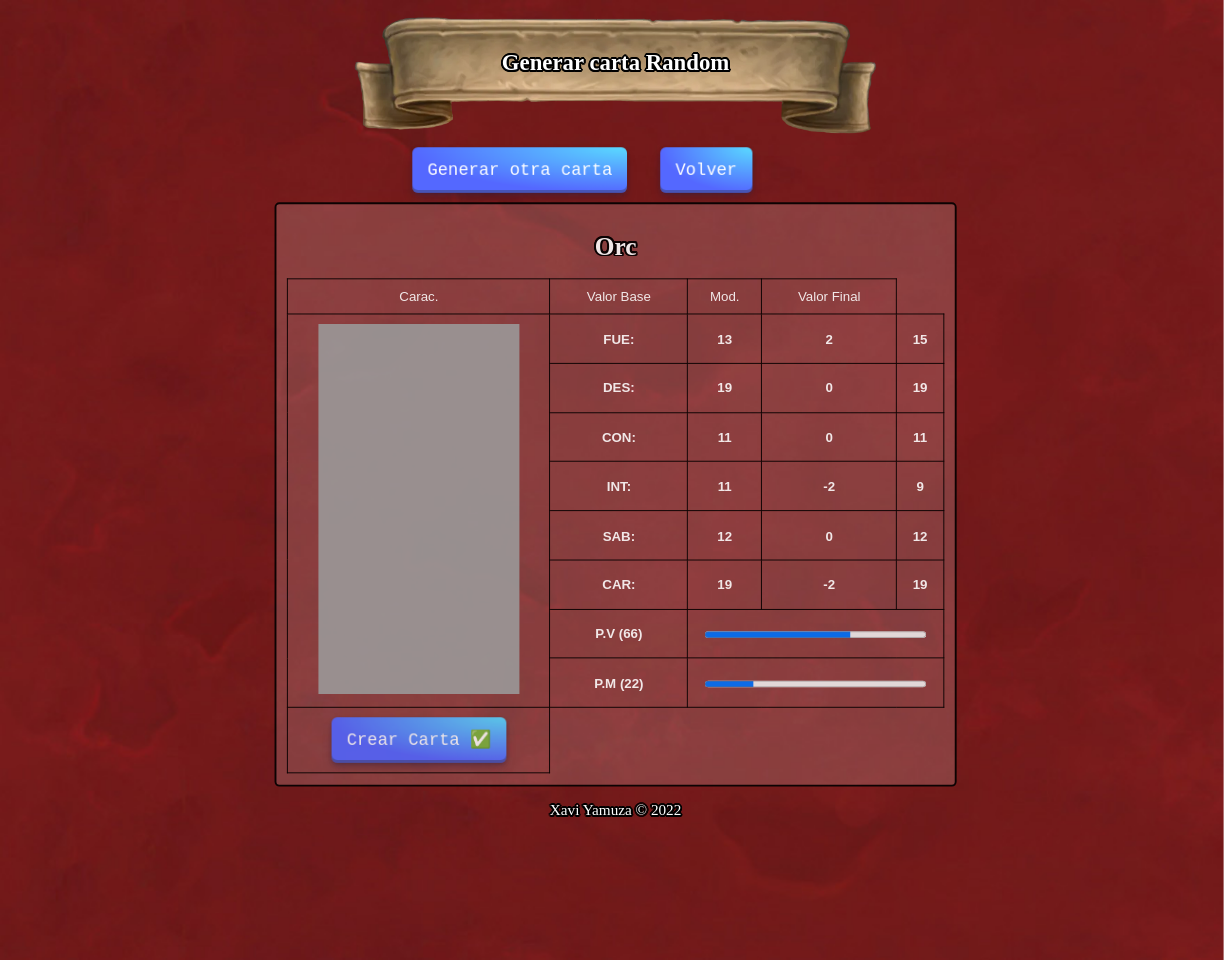
Repository: azumay/Juego-Cartas-RPG
Page: http://localhost/Prueba/RandomCard.jsp
The author's editor kept a copy of each file at every save. The page is drawn from the files as they stood at one save, then again after the next save.
The browser window is 1280 px wide. The page is 1288 px wide, so the pictures cover 1288 px, including what lies to the right of the window. The pictures show the whole page, at 95% of full size.
Pictures or frames that could not be fetched are drawn as grey boxes. The page is served by Tomcat 9.

Above is the page before, as saved 2022-02-19 17:24:51.

### Prueba/src/main/webapp/RandomCard.jsp
<%@ page import="java.util.Arrays,java.util.List"%>
<%@ page language="java" contentType="text/html; charset=UTF-8"
	pageEncoding="UTF-8"%>

<!DOCTYPE html>
<html>
<head>
<meta charset="UTF-8">
<link rel="icon" type="image/x-icon" href="img/orco.ico">
<title>Random Card - Yamuza Game</title>
<link rel="stylesheet" href="Estilos/estilosCartaRandom.css">
<link rel="stylesheet" href="Estilos/estilosAddCard.css">
</head>
<body>
	<%!public class personajes {

		int caracFue;
		int caracDes;
		int caracCon;
		int caracInt;
		int caracSab;
		int caracCAR;

		int caracFueMod;
		int caracDesMod;
		int caracConMod;
		int caracIntMod;
		int caracSabMod;
		int caracCARMod;

		int pVida;
		int pMana;
		int modPositivo;
		int modNegativo;
		String img;
		int modificador;
		String nombre;

		// Personajes: Elfs", "Nans", "Gnom", "Mitjans", "Semi-Orc", "humans
		String charElfs;
		String charNans;
		String charGnom;
		String charMitjans;
		String charSemiOrc;
		String charHumans;

		public personajes(int num) {

			this.caracCAR = this.tirarDados6();
			this.caracCon = this.tirarDados6();
			this.caracDes = this.tirarDados6();
			this.caracFue = this.tirarDados6();
			this.caracInt = this.tirarDados6();
			this.caracSab = this.tirarDados6();

			switch (num) {
			case 1:
				this.setCharElf();
				break;
			case 2:
				this.setCharNans();
				break;
			case 3:
				this.setCharGnom();
				break;
			case 4:
				this.setCharMitjans();
				break;
			case 5:
				this.setCharSemiOrc();
				break;
			case 6:
				this.setCharHumans();
				break;
			}
		}

		public int tirarDados6() {
			int valor = 0;

			int[] dados = { 0, 0, 0, 0 };

			for (int i = 0; i < 4; i++) {
				dados[i] = (int) (Math.random() * 6 + 1);

			}
			;

			Arrays.sort(dados);

			for (int i = 0; i < dados.length; i++) {
				valor += dados[i];
			}

			return valor;

		}

		public String getElf() {
			return charElfs;
		}

		public String getCharNans() {
			return charNans;
		}

		public String getCharGnom() {
			return charGnom;
		}

		public String getCharMitjans() {
			return charMitjans;
		}

		public String getCharSemiOrc() {
			return charSemiOrc;
		}

		public String getCharHumans() {
			return charHumans;
		}

		public void setCharElf() {

			this.caracCARMod = this.caracCAR;
			this.caracConMod = this.caracCon - 2;
			this.caracDesMod = this.caracDes + 2;
			this.caracFueMod = this.caracFue;
			this.caracIntMod = this.caracInt + 2;
			this.caracSabMod = this.caracSab;

			this.pVida = this.caracCon * (int) (Math.random() * 8 + 1);
			this.pMana = (this.caracInt + this.caracSab) / 2 * (int) (Math.random() * 4 + 1);
			this.img = "img/0.png";
			this.modPositivo = +2;
			this.modNegativo = -2;
			this.modificador = 0;
			this.nombre = "Elf";

		}

		public void setCharNans() {

			this.caracFueMod = this.caracFue - 2;
			this.caracDesMod = this.caracDes + 2;
			this.caracConMod = this.caracCon;
			this.caracIntMod = this.caracInt;
			this.caracSabMod = this.caracSab;
			this.caracCARMod = this.caracCARMod + 2;

			this.pVida = this.caracCon * (int) (Math.random() * 8 + 1);
			this.pMana = (this.caracInt + this.caracSab) / 2 * (int) (Math.random() * 4 + 1);
			this.img = "img/1.png";
			this.nombre = "Nans";
		}

		public void setCharGnom() {

			this.caracCARMod = this.caracCAR + 2;
			this.caracConMod = this.caracCon + 2;
			this.caracDesMod = this.caracDes;
			this.caracFueMod = this.caracFue - 2;
			this.caracIntMod = this.caracInt;
			this.caracSabMod = this.caracSab;
			this.pVida = this.caracCon * (int) (Math.random() * 8 + 1);
			this.pMana = (this.caracInt + this.caracSab) / 2 * (int) (Math.random() * 4 + 1);
			this.img = "img/2.png";
			this.nombre = "Gnom";
		}

		public void setCharMitjans() {
			this.caracCARMod = this.caracCAR;
			this.caracConMod = this.caracCon;
			this.caracDesMod = this.caracDes + 2;
			this.caracFueMod = this.caracFue - 2;
			this.caracIntMod = this.caracInt;
			this.caracSabMod = this.caracSab;
			this.pVida = this.caracCon * (int) (Math.random() * 8 + 1);
			this.pMana = (this.caracInt + this.caracSab) / 2 * (int) (Math.random() * 4 + 1);
			this.img = "img/3.png";
			this.nombre = "Mitjan";
		}

		public void setCharSemiOrc() {
			this.caracCARMod = this.caracCAR - 2;
			this.caracConMod = this.caracCon;
			this.caracDesMod = this.caracDes;
			this.caracFueMod = this.caracFue + 2;
			this.caracIntMod = this.caracInt - 2;
			this.caracSabMod = this.caracSab;
			this.pVida = this.caracCon * (int) (Math.random() * 8 + 1);
			this.pMana = (this.caracInt + this.caracSab) / 2 * (int) (Math.random() * 4 + 1);
			this.img = "img/4.png";
			this.nombre = "Orc";
		}

		public void setCharHumans() {
			this.caracCARMod = this.caracCAR;
			this.caracConMod = this.tirarDados6();
			this.caracDesMod = this.tirarDados6();
			this.caracFueMod = this.tirarDados6();
			this.caracIntMod = this.tirarDados6();
			this.caracSabMod = this.tirarDados6();
			this.pVida = this.caracCon * (int) (Math.random() * 8 + 1);
			this.pMana = (this.caracInt + this.caracSab) / 2 * (int) (Math.random() * 4 + 1);
			this.img = "img/5.png";
			this.nombre = "Huma";

		}

	}

	public int getDice6() {
		return (int) (Math.random() * 6 + 1);
	}%>



	<%
	personajes playerOne = new personajes(getDice6());
	%>
	<div class="titulo-cabecera">
		<h2>Generar carta Random</h2>
		<img src="img/titulo-img.png">

	</div>

	<div class="botones-control">
		<a href='RandomCard.jsp'>
			<button class="button-29" role="button">Generar otra carta</button>
		</a> <a href='index.jsp'>
			<button class="button-29" role="button">Volver</button>
		</a>
	</div>

	<form action="insert_bd.jsp" method="post">
		<div class="fondo-form">
		<h1><%=playerOne.nombre%></h1>
			<table class="tg" style="width: 100%; height:10%; opacity:1;">




				<tbody>
				<tr>

						<th>Carac.</th>
						<th>Valor Base</th>
						<th>Mod.</th>
						<th>Valor Final</th>

					</tr>

					<tr>
						<td rowspan="8" style="width: 40%;">
						<img src="<%=playerOne.img%>" style="width: 80%; height: 390px;"></td>
						<td>FUE:</td>
						<td><%=playerOne.caracFue%></td>
						<td><%=playerOne.caracFueMod - playerOne.caracFue%></td>
						<td><%=playerOne.caracFueMod%></td>

					</tr>
					<tr>
						<td>DES:</td>
						<td><%=playerOne.caracDes%></td>
						<td><%=playerOne.caracDesMod - playerOne.caracDes%></td>
						<td><%=playerOne.caracDesMod%></td>

					</tr>
					<tr>
						<td>CON:</td>
						<td><%=playerOne.caracCon%></td>
						<td><%=playerOne.caracConMod - playerOne.caracCon%></td>
						<td><%=playerOne.caracConMod%></td>
					</tr>
					<tr>
						<td>INT:</td>
						<td><%=playerOne.caracInt%></td>
						<td><%=playerOne.caracIntMod - playerOne.caracInt%></td>
						<td><%=playerOne.caracIntMod%></td>
					</tr>
					<tr>
						<td>SAB:</td>
						<td><%=playerOne.caracSab%></td>
						<td><%=playerOne.caracSabMod - playerOne.caracSab%></td>
						<td><%=playerOne.caracSabMod%></td>
					</tr>
					<tr>
						<td>CAR:</td>
						<td><%=playerOne.caracCAR%></td>
						<td><%=playerOne.caracCARMod - playerOne.caracCAR%></td>
						<td><%=playerOne.caracCAR%></td>
					</tr>
					<tr>
						<td>P.V (<%=playerOne.pVida%>)
						</td>
						<td colspan="3"><progress id="file" max="100"
								value="<%=playerOne.pVida%>"></td>

					</tr>
					<tr>

						<td>P.M (<%=playerOne.pMana%>)
						</td>
						<td colspan="3"><progress id="file" max="100"
								value="<%=playerOne.pMana%>"></td>
					</tr>

					<td><input type="submit" name="submitRegistro"
					value="Crear Carta ✅" class="button-29"></td>

			</table>
		</div>
	</form>




	<footer>
		<div class="contenedor">
			<p class="copy">Xavi Yamuza &copy; 2022</p>
		</div>
	</footer>



</body>
</html>

### Prueba/src/main/webapp/Estilos/estilosCartaRandom.css
@charset "UTF-8";

body {
	background-image: url("../img/fondo-creacion-cartas.jpg");
	background-size: cover;
	display: flex;
	-moz-box-pack: start;
	justify-content: flex-start;
	flex-direction: column;
	-moz-box-align: center;
	align-items: center;
	position: relative;
	padding-bottom: 125px;
	width: 100%;
	overflow: hidden;
}

.demo {
	border: 1px solid #C0C0C0;
	border-collapse: collapse;
	padding: 5px;
	background-color: white;
}

.demo th {
	border: 1px solid #C0C0C0;
	padding: 25px;
	background: #F0F0F0;
}

.demo td {
	border: 1px solid #C0C0C0;
	padding: 5px;
	padding: 25px;
}

a {
	margin-right: 30px;
}
.botones-control{
	margin: 0px 40px 10px 0px;
}
.copy{
	color: rgb(255, 255, 255);
	text-shadow: rgb(0, 0, 0) 2px 0px 0px, rgb(0, 0, 0) 1.75517px 0.95885px
		0px, rgb(0, 0, 0) 1.0806px 1.68294px 0px, rgb(0, 0, 0) 0.14147px
		1.99499px 0px, rgb(0, 0, 0) -0.83229px 1.81859px 0px, rgb(0, 0, 0)
		-1.60229px 1.19694px 0px, rgb(0, 0, 0) -1.97998px 0.28224px 0px,
		rgb(0, 0, 0) -1.87291px -0.70157px 0px, rgb(0, 0, 0) -1.30729px
		-1.5136px 0px, rgb(0, 0, 0) -0.42159px -1.95506px 0px, rgb(0, 0, 0)
		0.56732px -1.91785px 0px, rgb(0, 0, 0) 1.41734px -1.41108px 0px,
		rgb(0, 0, 0) 1.92034px -0.55883px 0px;
}
.titulo-cabecera h2 {
	color: rgb(255, 255, 255);
	text-shadow: rgb(0, 0, 0) 2px 0px 0px, rgb(0, 0, 0) 1.75517px 0.95885px
		0px, rgb(0, 0, 0) 1.0806px 1.68294px 0px, rgb(0, 0, 0) 0.14147px
		1.99499px 0px, rgb(0, 0, 0) -0.83229px 1.81859px 0px, rgb(0, 0, 0)
		-1.60229px 1.19694px 0px, rgb(0, 0, 0) -1.97998px 0.28224px 0px,
		rgb(0, 0, 0) -1.87291px -0.70157px 0px, rgb(0, 0, 0) -1.30729px
		-1.5136px 0px, rgb(0, 0, 0) -0.42159px -1.95506px 0px, rgb(0, 0, 0)
		0.56732px -1.91785px 0px, rgb(0, 0, 0) 1.41734px -1.41108px 0px,
		rgb(0, 0, 0) 1.92034px -0.55883px 0px;
	position: relative;
	z-index: 1;
	width: 100%;
	margin-top: 35px;
}

.titulo-cabecera {
	margin: 10px 0 55px;
    width: 550px;
    position: relative;
    text-align: center;
    display: flex;
    -moz-box-pack: center;
    justify-content: center;
    -moz-box-align: center;
    align-items: center;
    z-index: 1;
}

.titulo-cabecera img {
	position: absolute;
	top: 0px;
	left: 0px;
	width: 100%;
	max-width: 100%;
}
/* CSS BOTONES */

a:link, a:visited, a:active {
    text-decoration:none;
}
.button-29 {
	align-items: center;
	appearance: none;
	background-image: radial-gradient(100% 100% at 100% 0, #5adaff 0, #5468ff 100%);
	border: 0;
	border-radius: 6px;
	box-shadow: rgba(45, 35, 66, .4) 0 2px 4px, rgba(45, 35, 66, .3) 0 7px
		13px -3px, rgba(58, 65, 111, .5) 0 -3px 0 inset;
	box-sizing: border-box;
	color: #fff;
	cursor: pointer;
	display: inline-flex;
	font-family: "JetBrains Mono", monospace;
	height: 48px;
	justify-content: center;
	line-height: 1;
	list-style: none;
	overflow: hidden;
	padding-left: 16px;
	padding-right: 16px;
	position: relative;
	text-align: left;
	text-decoration: none;
	transition: box-shadow .15s, transform .15s;
	user-select: none;
	-webkit-user-select: none;
	touch-action: manipulation;
	white-space: nowrap;
	will-change: box-shadow, transform;
	font-size: 18px;
}

.button-29:focus {
	box-shadow: #3c4fe0 0 0 0 1.5px inset, rgba(45, 35, 66, .4) 0 2px 4px,
		rgba(45, 35, 66, .3) 0 7px 13px -3px, #3c4fe0 0 -3px 0 inset;
}

.button-29:hover {
	box-shadow: rgba(45, 35, 66, .4) 0 4px 8px, rgba(45, 35, 66, .3) 0 7px
		13px -3px, #3c4fe0 0 -3px 0 inset;
	transform: translateY(-2px);
}

.button-29:active {
	box-shadow: #3c4fe0 0 3px 7px inset;
	transform: translateY(2px);
}

### Prueba/src/main/webapp/Estilos/estilosAddCard.css
.fondo-form {
	width: 60%;
	margin: 0 auto;
	background-color: #ffffff2e;
	padding: 1%;
	opacity: 0.9;
	border-collapse: separate;
	border-spacing: 10;
	border: solid black 2px;
	border-radius: 10px;
	-moz-border-radius: 10px;
	-webkit-border-radius: 5px;
	color: white;
	font-weight: bold;
	text-align: center;

}
progress{
	width: 90%;
}

body {
	background-image: url("../img/fondo-creacion-cartas.jpg");
	background-size: cover;
	display: flex;
	-moz-box-pack: start;
	justify-content: flex-start;
	flex-direction: column;
	-moz-box-align: center;
	align-items: center;
	position: relative;
	padding-bottom: 125px;
	width: 100%;
	overflow: hidden;
}

form {
	width: 90%;
}

h1 {
	font-size: 20pt;
	color: rgb(255, 255, 255);
	text-shadow: rgb(0, 0, 0) 2px 0px 0px, rgb(0, 0, 0) 1.75517px 0.95885px
		0px, rgb(0, 0, 0) 1.0806px 1.68294px 0px, rgb(0, 0, 0) 0.14147px
		1.99499px 0px, rgb(0, 0, 0) -0.83229px 1.81859px 0px, rgb(0, 0, 0)
		-1.60229px 1.19694px 0px, rgb(0, 0, 0) -1.97998px 0.28224px 0px,
		rgb(0, 0, 0) -1.87291px -0.70157px 0px, rgb(0, 0, 0) -1.30729px
		-1.5136px 0px, rgb(0, 0, 0) -0.42159px -1.95506px 0px, rgb(0, 0, 0)
		0.56732px -1.91785px 0px, rgb(0, 0, 0) 1.41734px -1.41108px 0px,
		rgb(0, 0, 0) 1.92034px -0.55883px 0px;
}

.tg {
	border-collapse: collapse;
	border-spacing: 0;
}

.tg td {
	border-color: black;
	border-style: solid;
	border-width: 1px;
	font-family: Arial, sans-serif;
	font-size: 14px;
	overflow: hidden;
	padding: 10px 5px;
	word-break: normal;
}

.tg th {
	border-color: black;
	border-style: solid;
	border-width: 1px;
	font-family: Arial, sans-serif;
	font-size: 14px;
	font-weight: normal;
	overflow: hidden;
	padding: 10px 5px;
	word-break: normal;
}

.tg .tg-da2z {
	border-color: inherit;
	font-family: "Courier New", Courier, monospace !important;
	font-weight: bold;
	text-align: left;
	vertical-align: top
}

.tg .tg-0pky {
	border-color: inherit;
	text-align: left;
	vertical-align: top
}

.tg .tg-zh46 {
	border-color: inherit;
	font-family: "Courier New", Courier, monospace !important;
	text-align: left;
	vertical-align: top
}

/* CSS BOTONES */
a:link, a:visited, a:active {
	text-decoration: none;
}
/* CSS */
.button-62 {
	background: linear-gradient(to bottom right, #EF4765, #FF9A5A);
	border: 0;
	border-radius: 12px;
	color: #FFFFFF;
	cursor: pointer;
	display: inline-block;
	font-family: -apple-system, system-ui, "Segoe UI", Roboto, Helvetica,
		Arial, sans-serif;
	font-size: 16px;
	font-weight: 500;
	line-height: 2.5;
	outline: transparent;
	padding: 0 1rem;
	text-align: center;
	text-decoration: none;
	transition: box-shadow .2s ease-in-out;
	user-select: none;
	-webkit-user-select: none;
	touch-action: manipulation;
	white-space: nowrap;
}

.button-62:not([disabled]):focus {
	box-shadow: 0 0 .25rem rgba(0, 0, 0, 0.5), -.125rem -.125rem 1rem
		rgba(239, 71, 101, 0.5), .125rem .125rem 1rem rgba(255, 154, 90, 0.5);
}

.button-62:not([disabled]):hover {
	box-shadow: 0 0 .25rem rgba(0, 0, 0, 0.5), -.125rem -.125rem 1rem
		rgba(239, 71, 101, 0.5), .125rem .125rem 1rem rgba(255, 154, 90, 0.5);
}

After the next save:
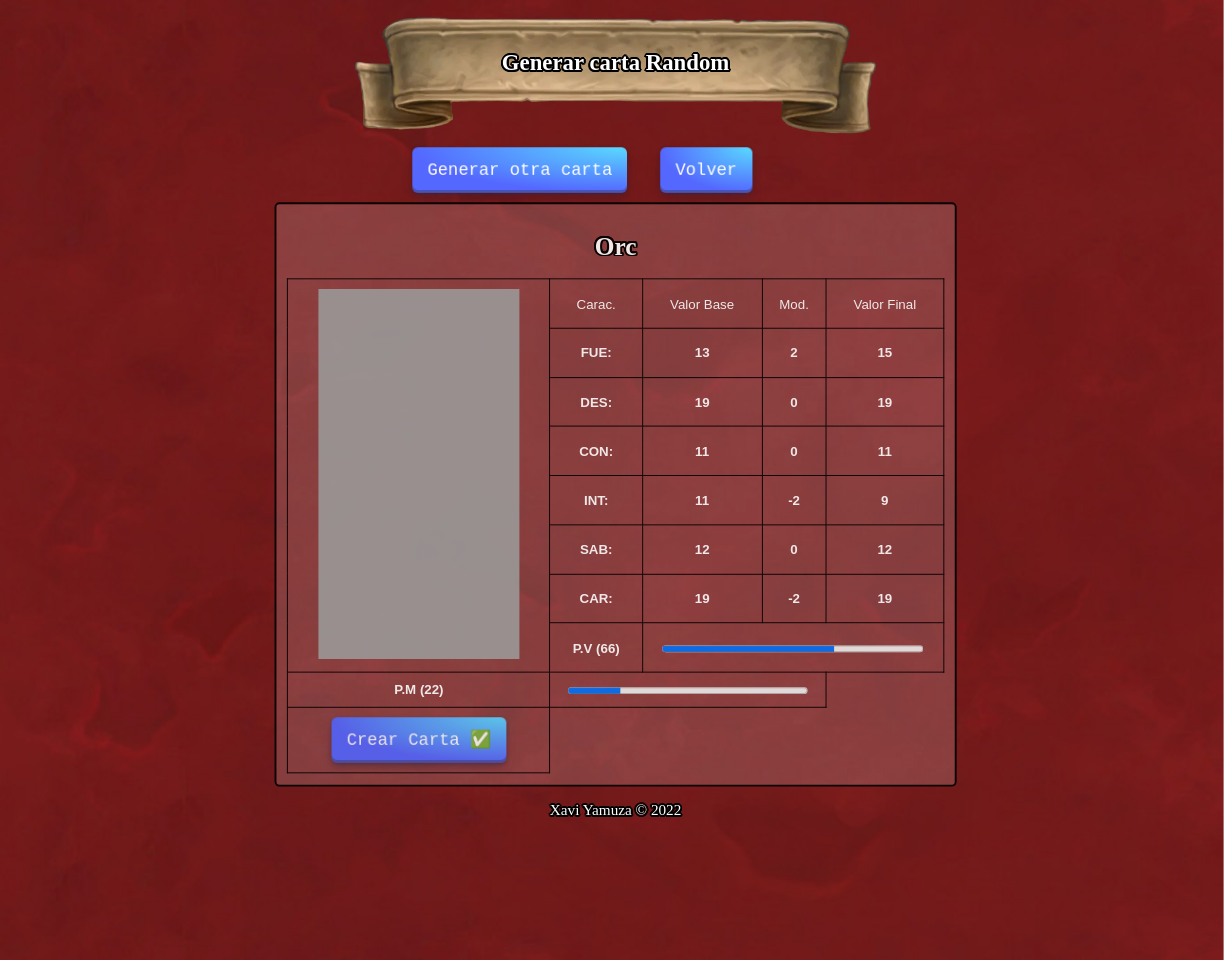
Saved 2 min 12 s later.
--- a/Prueba/src/main/webapp/RandomCard.jsp
+++ b/Prueba/src/main/webapp/RandomCard.jsp
@@ -243,7 +243,9 @@
 
 				<tbody>
 				<tr>
-
+						<td rowspan="8" style="width: 40%;">
+							<img src="<%=playerOne.img%>" style="width: 80%; height: 390px;">
+						</td>
 						<th>Carac.</th>
 						<th>Valor Base</th>
 						<th>Mod.</th>
@@ -252,8 +254,7 @@
 					</tr>
 
 					<tr>
-						<td rowspan="8" style="width: 40%;">
-						<img src="<%=playerOne.img%>" style="width: 80%; height: 390px;"></td>
+
 						<td>FUE:</td>
 						<td><%=playerOne.caracFue%></td>
 						<td><%=playerOne.caracFueMod - playerOne.caracFue%></td>
